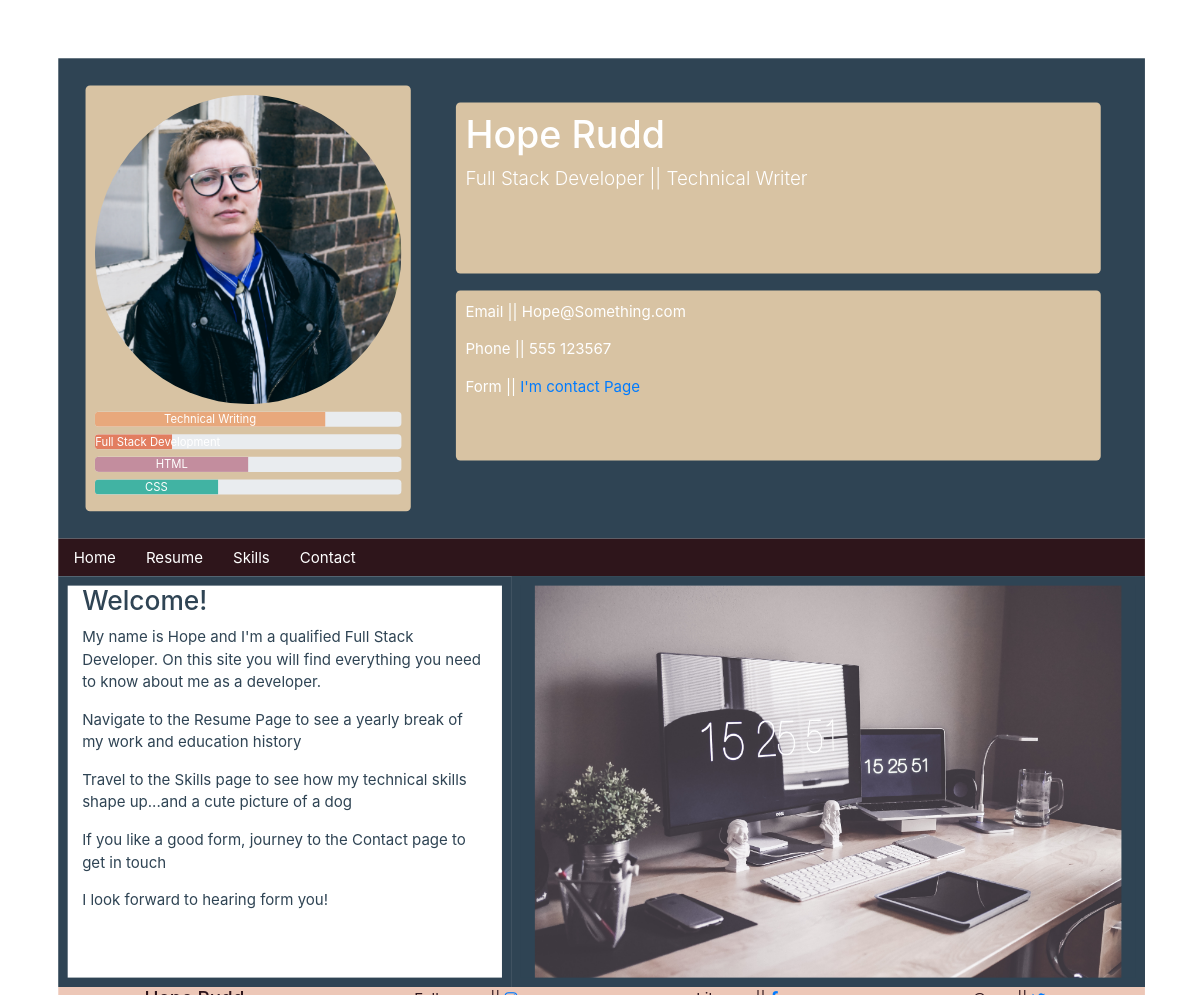
Repository: BleakTerrain/MilestoneProject-
Page: index.html
The author's editor kept a record of every edit. The page is drawn from the files as they stood at one moment, then again after the next edit.
The browser window is 1280 px wide. The pictures show the whole page, at 94% of full size.
Some web libraries are served in a nearby version.

Above is the page before.

### index.html
<html>

<head>
  <!-- Copied from UCB Resume code institue project -->

  <meta charset="UTF-8">
  <meta name="viewport" content="width=device-width, initial-scale=1.0">
  <meta http-equiv="X-UA-Compatible" content="ie=edge">
  <link rel="stylesheet" href="https://maxcdn.bootstrapcdn.com/bootstrap/4.2.1/css/bootstrap.min.css" type="text/css" />
  <link rel="stylesheet" href="https://maxcdn.bootstrapcdn.com/font-awesome/4.7.0/css/font-awesome.min.css" type="text/css" />
  <link rel="stylesheet" href="https://cdnjs.cloudflare.com/ajax/libs/hover.css/2.3.1/css/hover-min.css" type="text/css" />
  <link rel="stylesheet" href="assets/CSS/stylesheet.css" type="text/css" />
  <!-- Copied initial links end -->

  <title> Personal Portfolio</title>
</head>
<header>



</header>

<body>
<div class="intro-container">

 <!-------------------------Intro cards Started----------------------->
      <div class="row">
        <div class= "col-sm-4">
            <section class="jumbotron introtron">
          <img class="intro-image " src="BackgroundCodeInstitute.jpg" alt="Image not found">
           <div class="progress">
                <div class="progress-bar tech-writing " role="progressbar" aria-valuenow="40"
  aria-valuemin="0" aria-valuemax="100" style="width:75%">
  Technical Writing
  </div>
           </div>
            <div class="progress">
                <div class="progress-bar full-stack " role="progressbar" aria-valuenow="40"
  aria-valuemin="0" aria-valuemax="100" style="width:25%">
  Full Stack Development
  </div>
           </div>
             <div class="progress">
                <div class="progress-bar html" role="progressbar" aria-valuenow="40"
  aria-valuemin="0" aria-valuemax="100" style="width:50%">
  HTML
  </div>
           </div>
                <div class="progress">
                <div class="progress-bar css" role="progressbar" aria-valuenow="40"
  aria-valuemin="0" aria-valuemax="100" style="width: 40%">
  CSS
  </div>
           </div>
               </div>

               <div class="col-sm-8">
                 <div class="jumbotron name-card">
                <h1>Hope Rudd</h1>
                 <p class="lead ">Full Stack Developer || Technical Writer </p>
                 </div>

                  <section class= "jumbotron contact-card">
           <div class="row">
             <div class="col-sm-12">
            <p class="contact-info"> Email || Hope@Something.com</p>
            <p class="contact-info"> Phone || 555 123567</p>
            <p class="contact-info"> Form || <a href ="#">I'm contact Page</a></p>
              </div>

</section>
        </section>
        </div>

      </div>
    </div>

</div>
<!-------------------------------Intro cards finished-------------------------------->
<!-------------------------------Nav bar started-------------------------------->
<!-- inspired by example at https://www.w3schools.com/bootstrap4/bootstrap_navs.asp -->
<ul class = " nav navbar-default">
            <li class="nav-item">
              <a class="nav-link" href="#">Home</a>
            </li>
            <li class="nav-item">
              <a class="nav-link" href="#">Resume</a>
            </li>
            <li class="nav-item">
              <a class="nav-link" href="#">Skills</a>
            </li>
            <li class="nav-item">
              <a class="nav-link" href="#">Contact</a>
            </li>
          </ul>
<!-------------------------------Nav bar finished-------------------------------->
<!-------------------------------Bulk text started------------------------------->
    <section class="main-text container-fluid">
<div class="row">
  <div class="col-sm-5 main-text-box">
      <h3>Welcome!</h3> <i class="fas fa-door-open"></i>
      <p> My name is Hope and I'm a qualified Full Stack Developer. On this site you will find everything you need to know about me as a developer.</p>
      <p>Navigate to the Resume Page to see a yearly break of my work and education history</p>
      <p>Travel to the Skills page to see how my technical skills shape up...and a cute picture of a dog </p>
      <p>If you like a good form, journey to the Contact page to get in touch</p>
      <p> I look forward to hearing form you!</p>
  </div>
  <div class="col-sm-7 other-image-background">
<img class="other-image" src="DeskImage.jpg" alt="Image not found">
  </div>
</div>
    </section>
    </body>
<!-------------------------------Bulk text finished------------------------------->



<footer class="footer container-fluid">
<div class="row">
<div class="col-sm-3 footer-item">
  <h5>  Hope Rudd  </h5>
  </div>
  <div class="col-sm-3 footer-item">
      <p>Follow me || <a href = "#"> <i class="fa fa-instagram aria-hidden=true"></i></a></p>
  <span class = "sr-only">Instagram link</span>
  </div>
  <div class="col-sm-3 footer-item">
      <p> Like me || <a href = "#"> <i class="fa fa-facebook aria-hidden=true"></i></a></p>
  <span class = "sr-only">Facebook Link</span>
  </div>
    <div class="col-sm-3 footer-item">
      <p>@ me || <a href = "#"> <i class="fa fa-twitter aria-hidden=true"></i></a></p>
  <span class = "sr-only">Twitter Link</span>
  </div>
</footer>

</html>

### assets/CSS/stylesheet.css

/* Main background taken from bootstraps basics project*/
/* General theme inspiration from : https://visme.co/blog/website-color-schemes/ */

body, html {
  height: 100%;
  margin: 2.5%;
}
/* -----------------------------------Intro bar---------------*/

.intro-container
{
padding:2.5%;
background-color: #2f4454;
}
.jumbotron
{
  margin:2.5%;
 padding: 10px;
 text-align: center;
  background-color: #D8C3A3;
  color:#fff;

}
.jumbotron-header
{
  font-size:500%;

}

.introtron
{
  margin:0;
min-height: 40%;
}

.intro-image {
  padding-bottom: 2.5%;
    width: 100%;
    background-position: center;
    background-repeat: no-repeat;
    transition: all .5s ease-in-out;
    -moz-transition: all .5s ease-in-out;
    -webkit-transition: all .5s ease-in-out;
  border-radius: 50%;
  display:inline-block;
}

.contact-card
{

  text-align: left;
  height:40%;
}
.name-card
{
  text-align:left;
  font-size: x-large;
  height:40%;
}
/*-----------------------------SkillsBar-------------------*/
.progress
{
  margin-bottom: 2.5%;

}
.full-stack
{
  background-color: #E27D60;
}
.tech-writing
{
  background-color: #e8a87c;
}
.html
{
  background-color: #C38D9E;
}
.css
{
  background-color: #41B3A3;
}
/*----------------------------------Nav-----------------------*/
.nav
{

  text-align: center;
  background-color: #2E151B;

}
.nav-link
{
  color:#fff;
}
.nav-link:hover
{
  background-color:#eed2dc ;
  color:#2E151B;
}

/*-----------------------------Main-Text-------------------*/
.main-text
{
  background-color: #2f4454;
}
.main-text-box
{
  border: solid 10px #2f4454;
  background-color: #fff;
  color: #2f4454;
}
.other-image-background
{
border: solid 10px #2f4454;
 margin:0;
}
.other-image {

width: 100%;
  display:block;

}

/*------------------------------Footer---------------------*/
.footer
{ background-color: #edc7b7;
color:#2E151B; }
.footer-item
{
  text-align: center;
}
/*------------------------------MediaQueries-----------------*/

@media (max-width: 573)
{
  .name-card
{
height: 100%;
background-color: #E85a4f;
}


.contact-card
{
height: 100%;
background-color: #E98074;
}
}
.other-image
{
  height:100%;

}

After the next edit:
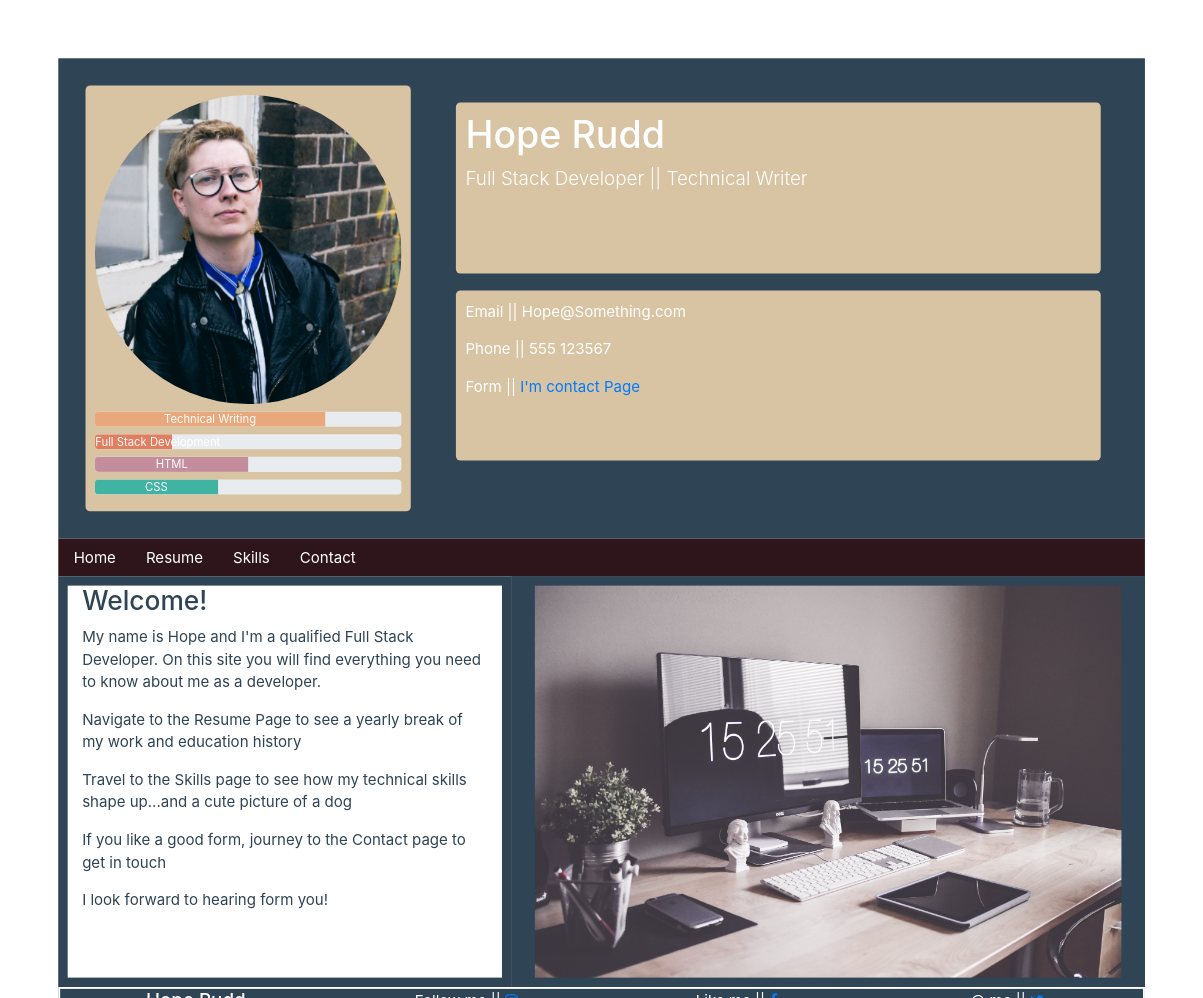
The edit:
--- a/assets/CSS/stylesheet.css
+++ b/assets/CSS/stylesheet.css
@@ -123,8 +123,9 @@
 
 /*------------------------------Footer---------------------*/
 .footer
-{ background-color: #edc7b7;
-color:#2E151B; }
+{ background-color: #2f4454;
+color:#fff;
+border: solid 2.5px  }
 .footer-item
 {
   text-align: center;
